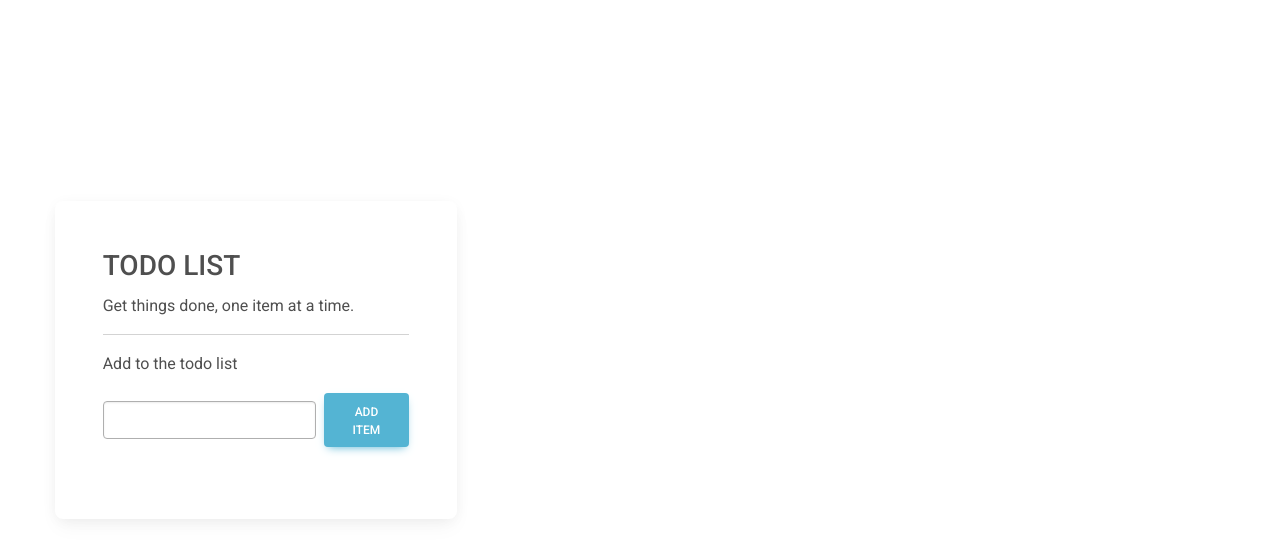
Repository: TinhTT336/MD02_HACKATHON01_HN_JV230620_BS_TranThiTinh_Basic
Page: /
An editor plug-in stored every save of this project. The page is shown before and after the next save, followed by the edit.
The browser window is 1280 px wide. The pictures show the whole page.
Some web libraries are served in a nearby version. The project was rebuilt for these pictures with package versions that can differ from the ones it lists, and the page was loaded fresh each time. Also part of the build but not shown: vite.config.js, src/App.css.

Above is the page before, as saved 2023-09-05 11:00:02.

After the next save:
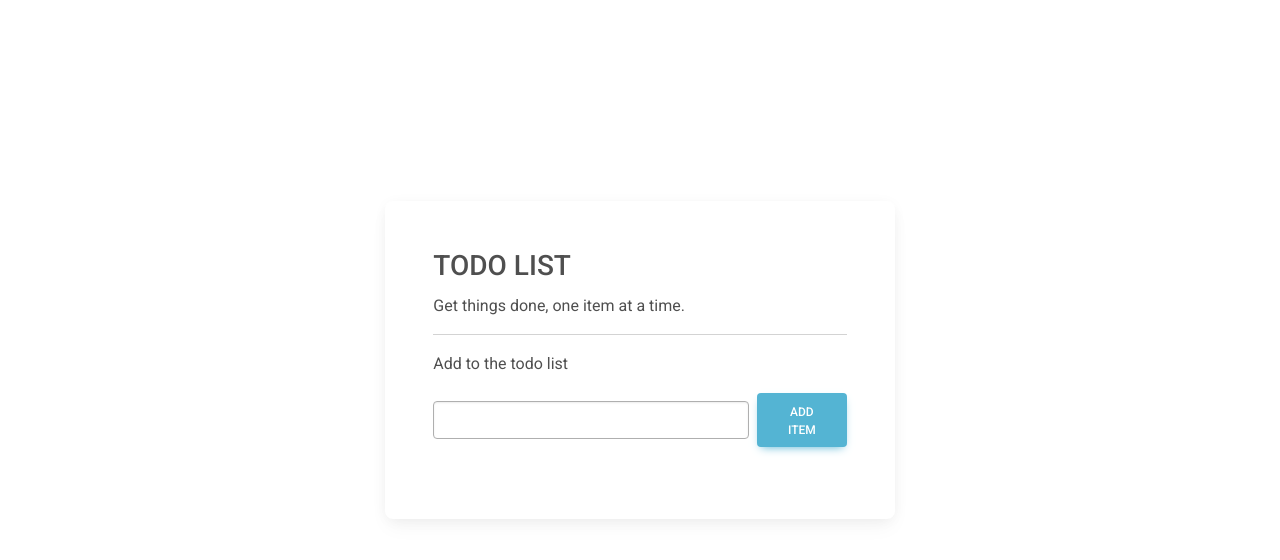
Saved 19 s later.
--- a/src/index.css
+++ b/src/index.css
@@ -69,5 +69,6 @@ button:focus-visible {
 } */
 
 .vh-100 {
-  width: 40% !important;
+  width: 50% !important;
+  margin: 0 auto !important;
 }
